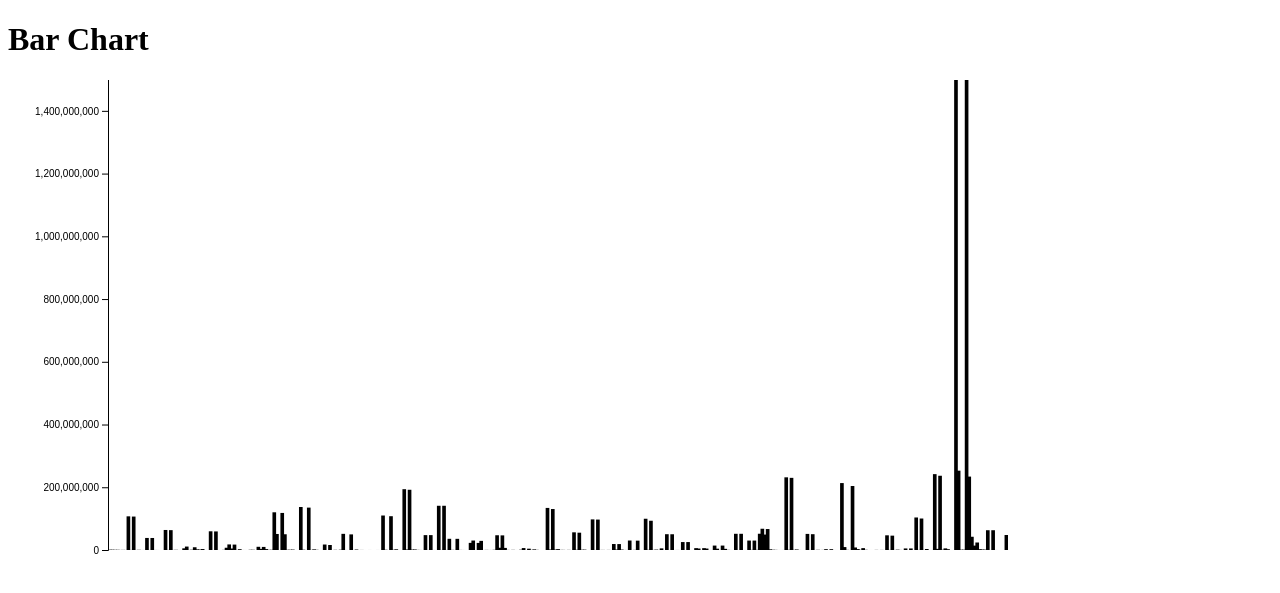
Repository: komalharjani/d3js-visualisation
Page: index.html
These files come from the project's save history. The page is drawn as it stood at one moment and after the next save; the edit follows.
The browser window is 1280 px wide. The pictures show the whole page.

Above is the page before, as saved 2020-04-29 22:25:45.

### index.html
<!DOCTYPE html>
<html lang="en">
<head>
    <meta charset="UTF-8">
    <meta name="viewport" content="width=device-width, initial-scale=1.0">
    <title>Information Visualisation Practical 3</title>
</head>
<body>
    <div id="barChart"></div>
    <h1>Bar Chart</h1>

</body>
<script src="https://d3js.org/d3.v5.min.js"></script>
<script src="index.js"></script>
</html>

### index.js
//1. What the bar chart should represent -- Data
//2. Add CSS - colours
//3. Add Filters
//4. Add Transitions

let dataPath = "data/energy.csv";
d3.csv(dataPath)
        .then(function (data) {

                let finals = [];
                let temp = [];
                console.log(data);

                // //Filter Data into new object
                // for (let i = 0; i < data.length; i++) {
                //         if (data[i].region == "Combined" && data[i].year == 1990) {
                //                 finals.push({
                //                         amount: parseInt(data[i].amount),
                //                         type: data[i].energySrc,
                //                 })
                //         }
                // }
                //console.log(finals);

                for(let j=0; j < data.length; j++) {
                        let year = 1990;
                        if(data[j].year == year) {
                        if(data[j].energySrc == "Coal" || data[j].energySrc == "Petroleum") {
                                finals.push({
                                        amount: parseInt(data[j].amount),
                                        type: data[j].energySrc,
                                        region: data[j].region
                                })
                        }
                        year = year + 1;
                }
                }
                console.log(finals);

                let width = 1000;
                let height = 500;
                let margin = {
                        top: 20,
                        right: 20,
                        bottom: 20,
                        left: 50
                };
                let barwidth = (width / finals.length);

                //Append to HTML Document
                let svg = d3.select("body")
                        .append("svg")
                        .attr("height", height)
                        .attr("width", width);

                //Scales
                let xscale = d3.scaleLinear()
                        .domain([0, d3.max(finals, d => d.amount)])
                        .range([0, width]);

                let yscale = d3.scaleLinear()
                        .domain([0, d3.max(finals, d => d.amount)])
                        .range([height, 0]);

                //text scales
                let yscales = d3.scaleBand()
                .domain(data.map(d => d.type))
                .range(0, width);

                //Axis

                let y_axis = d3.axisLeft()
                        .scale(yscale);

                svg.append("g")
                        .attr("transform", "translate(100,-30)")
                        .call(y_axis)


                //X Axis
                // let x_axis = d3.axisBottom()
                //         .scale(xscale);
                // let xAxisTranslate = height - 30;

                // svg.append("g")
                //         .attr("transform", "translate(100,30)")
                //         .call(yscales)

                //Barchart
                svg.selectAll("body") //add rectangles to all data
                        .data(finals) //provide finals as dataset
                        .enter()
                        .append("rect")
                        .attr("y", function (d) {
                                return height - xscale(d.amount);
                        })
                        .attr("height", function (d) {
                                return xscale(d.amount);
                        })
                        .attr("width", barwidth + 1)
                        .attr("transform", function (d, i) {
                                let translate = [100 + barwidth * i,-30];
                                return "translate(" + translate + ")";
                        })
                        .attr("fill", 'black');

                // Barchart Text
                // let text = svg.selectAll("text")
                //         .data(finals)
                //         .enter()
                //         .append("text")
                //         .text(function (d) {
                //                 return d.amount;
                //         })
                //         .attr("y", function (d, i) {
                //                 return height - xscale(d.amount) - 2;
                //         })
                //         .attr("x", function (d, i) {
                //                 return barwidth * i;
                //         })


                        //    /**
        //          * Boundaries
        //          */
        //         let dateBoundaries = d3.extent(data, function (d) {
        //                 return parseFloat(d.year);
        //         });

        //         let energyBoundaries = d3.extent(data, function (d) {
        //                 return parseFloat(d.amount);
        //         });



                //Averages (rollup example)
                var energyAvgType = d3.nest()
                        .key(function (d) {
                                return d.type;
                        })
                        .rollup(function (v) {
                                return d3.mean(v, function (d) {
                                        return d.amount;
                                });
                        })
                        .entries(data);

                /**
                 * Combined USTOTAL Energy Use split by year, type and energy source
                 */
                let usTotal = d3.nest()
                        .key(function (d) {
                                return d.year;
                        })
                        .entries(data);
                usTotal.shift();
                console.log(usTotal);


        });

After the next save:
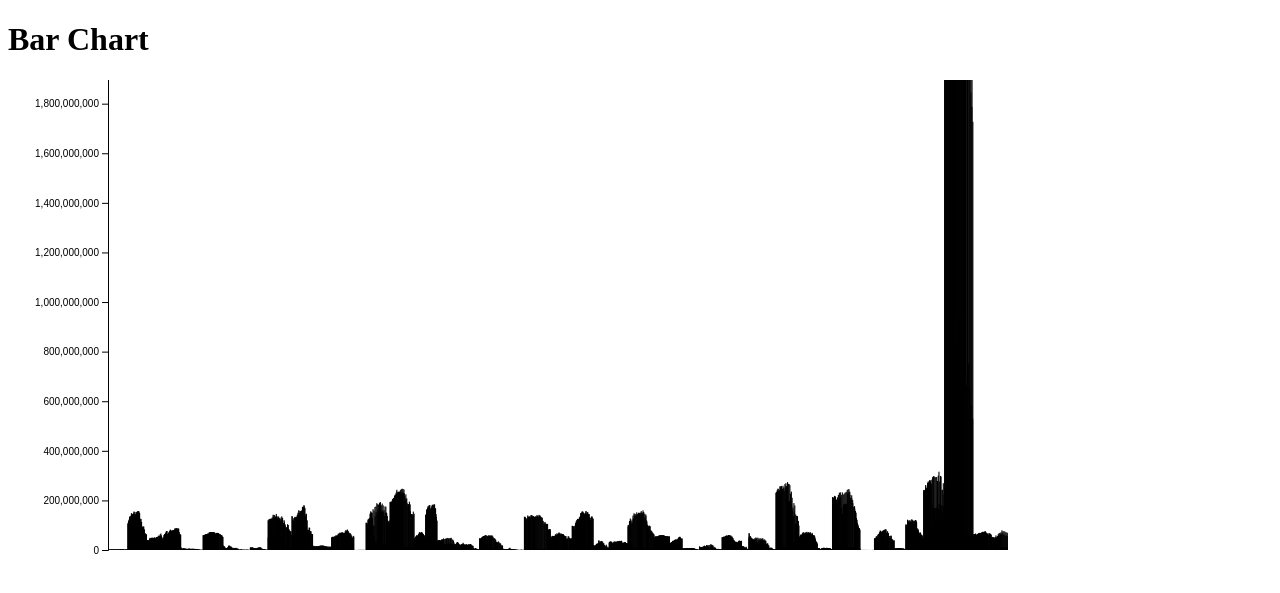
Saved 49 s later.
--- a/index.js
+++ b/index.js
@@ -23,16 +23,12 @@ d3.csv(dataPath)
                 //console.log(finals);
 
                 for(let j=0; j < data.length; j++) {
-                        let year = 1990;
-                        if(data[j].year == year) {
                         if(data[j].energySrc == "Coal" || data[j].energySrc == "Petroleum") {
                                 finals.push({
                                         amount: parseInt(data[j].amount),
                                         type: data[j].energySrc,
                                         region: data[j].region
                                 })
-                        }
-                        year = year + 1;
                 }
                 }
                 console.log(finals);
